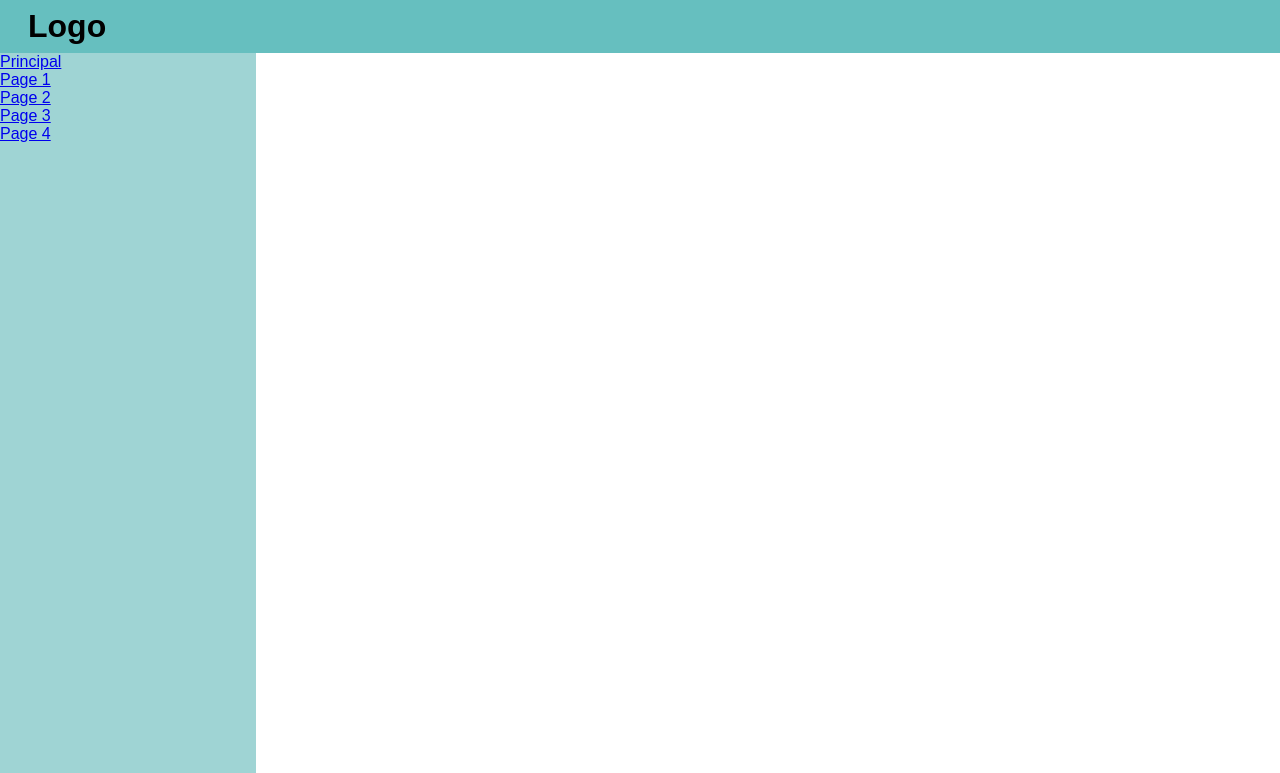
Repository: mateus-henrique-silva/Dashboard-pixel-facebook-react
Page: / (app in dashboard-pixel/)
These files come from the project's save history. The page is drawn as it stood at one moment and after a run of saves; the edit follows.
The browser window is 1280 px wide. The pictures show the whole page.
The project was rebuilt for these pictures with package versions that can differ from the ones it lists, and the page was loaded fresh each time.

Above is the page before, as saved 2022-07-07 17:37:41.

### dashboard-pixel/src/index.js
import React from "react";
import ReactDOM from "react-dom/client";

import App from "./App";
import reportWebVitals from "./reportWebVitals";

const root = ReactDOM.createRoot(document.getElementById("root"));
root.render(
  <React.StrictMode>
    <App />
  </React.StrictMode>
);

reportWebVitals();

### dashboard-pixel/src/App.jsx
import React from "react";
import Main from "./Components/MainPage/Main";



function App() {
  return (
    <div >
        <Main/>


    </div>
  );
}

export default App;

### dashboard-pixel/src/Components/MainPage/Main.jsx
import React from 'react'
import './Main.css'
import Header from '../Header/Header'
import SideBar from "../SideBar/SideBar"

const Main = () => {
  return (
    <div className="Main">
        <Header/>
        <SideBar/>
    </div>
  )
}

export default Main

### dashboard-pixel/src/Components/MainPage/Main.css
* {
  border: 0;
  margin: 0;
  font-family: sans-serif;
}

.Main {
  width: 100%;
  height: 100vh;
}
.startHeader{
    width: 100%;
    display: flex;
    justify-content: center;
}

### dashboard-pixel/src/Components/Header/Header.jsx
import React from 'react'
import "./Header.css"

const Header = () => {
  return (
    <div className="startHeader">

        <div className="Header">
            <h1>Logo</h1>
        </div>

    </div>
  )
}

export default Header

### dashboard-pixel/src/Components/SideBar/SideBar.jsx
import React from "react";
import "./SideBar.css";

const SideBar = () => {
  return (
    <div>
      <div className="div-sidebar">
        <div className="Menu-tag">
          <div><a href="#">Principal</a></div>

          <div><a href="#">Page 1</a></div>
          <div><a href="#">Page 2</a></div>
          <div><a href="#">Page 3</a></div>
          <div><a href="#">Page 4</a></div>
        </div>
      </div>
    </div>
  );
};

export default SideBar;

### dashboard-pixel/src/Components/Header/Header.css
.Header{
    width: 99vw;
    padding: 0.5em 0.5em ;
    background-color:#66BFBF;
    display:flex;
    align-items:center;



}

.Header h1{
    margin-left: 20px;
}

### dashboard-pixel/src/Components/SideBar/SideBar.css
.div-sidebar{
    height:100vh;
    width:20vw;
    background-color:#9fd4d4;
    display:grid;



}

.Menu-tag{
    height:100%;
    display: ;



}

Loaded but not shown: dashboard-pixel/public/index.html (common file); dashboard-pixel/src/reportWebVitals.js (common file)

After the next 5 saves:
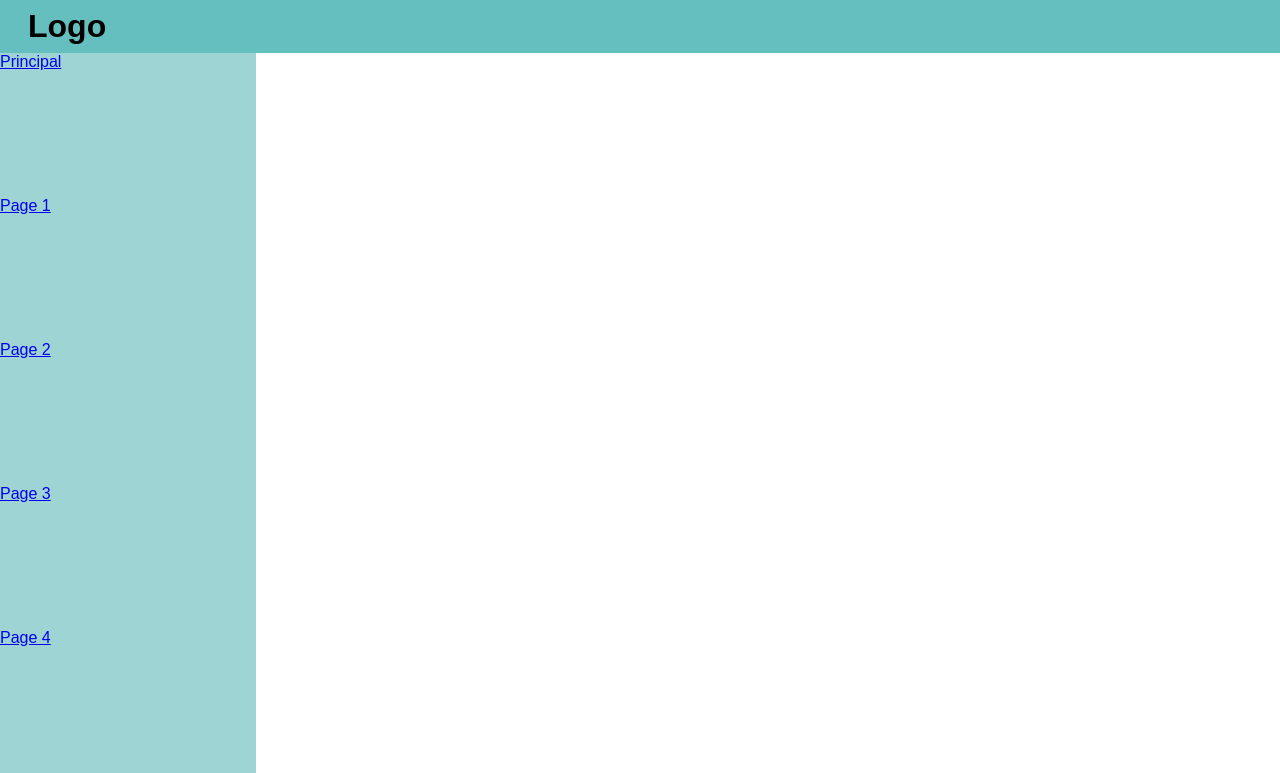
The 5 saves are shown as one change because they came seconds apart.
The last was saved 16 s later.
--- a/dashboard-pixel/src/Components/SideBar/SideBar.css
+++ b/dashboard-pixel/src/Components/SideBar/SideBar.css
@@ -10,7 +10,8 @@
 
 .Menu-tag{
     height:100%;
-    display: ;
+    display: grid;
+    jus
 
 
 
